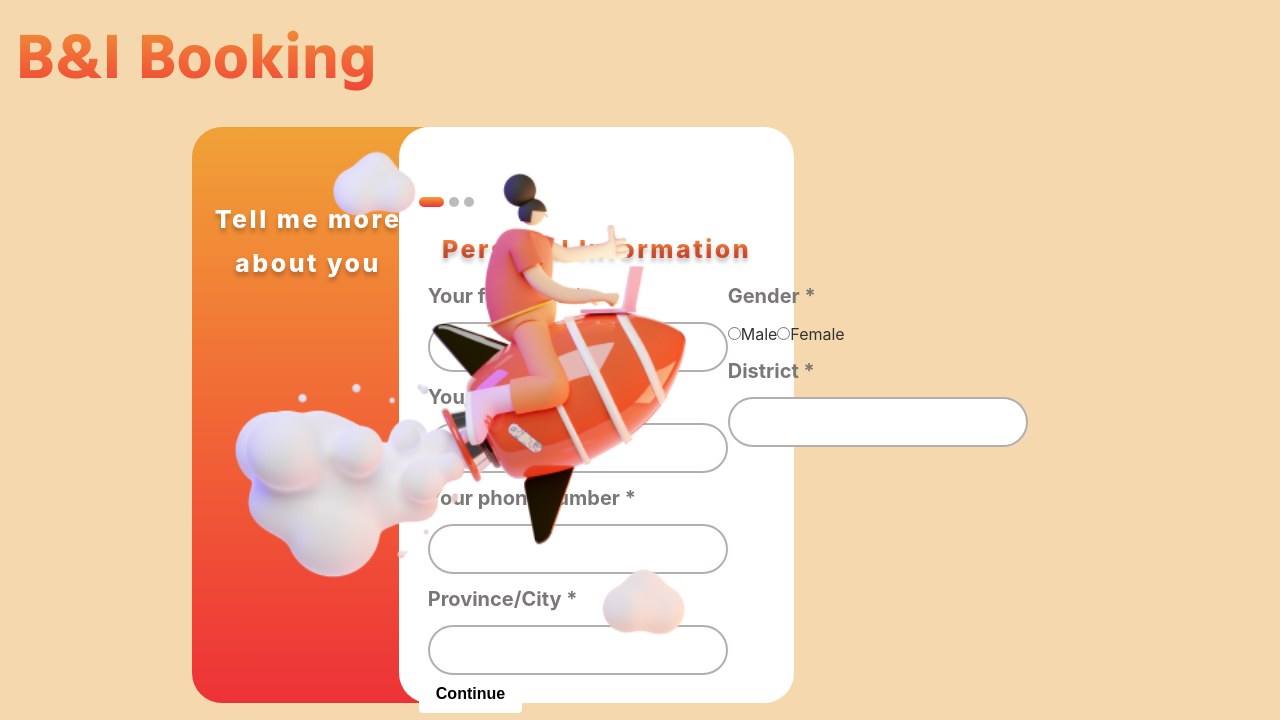
Repository: Grand-Line-PNV/FE-BIBooking
Page: /
These files come from the project's save history. The page is drawn as it stood at one moment and after a run of saves; the edit follows.
The browser window is 1280 px wide. The pictures show the whole page.
The project was rebuilt for these pictures with package versions that can differ from the ones it lists, and the page was loaded fresh each time. Also part of the build but not shown: src/App.css.

Above is the page before, as saved 2023-02-06 10:40:43.

After the next 2 saves:
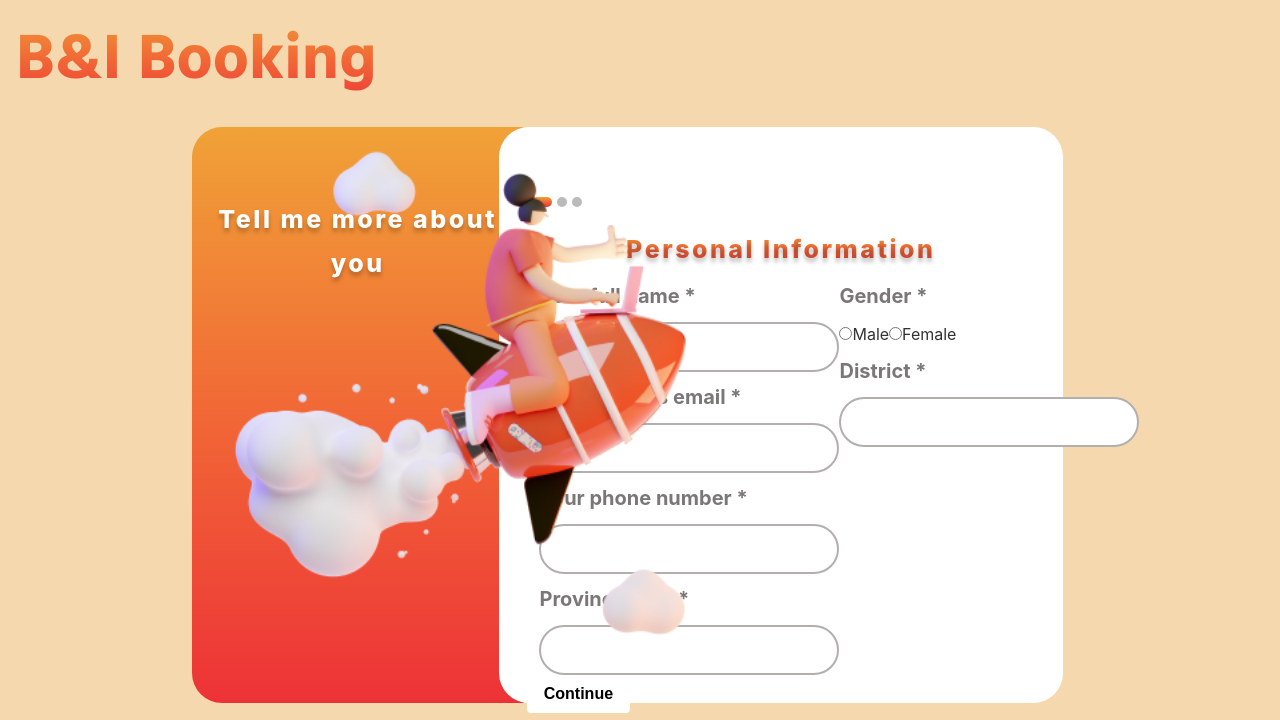
The 2 saves are shown as one change because they came seconds apart.
The last was saved 41 s later.
--- a/src/view/pages/Influencers/PersonalInformation/PersonalInformation.module.scss
+++ b/src/view/pages/Influencers/PersonalInformation/PersonalInformation.module.scss
@@ -22,7 +22,7 @@
     margin: 0 auto;
     border-radius: 20px;
     & .personalInfor-container {
-      width: 70%;
+      width: 100%;
       height: 80vh;
       display: flex;
       position: relative;

After the save that followed:
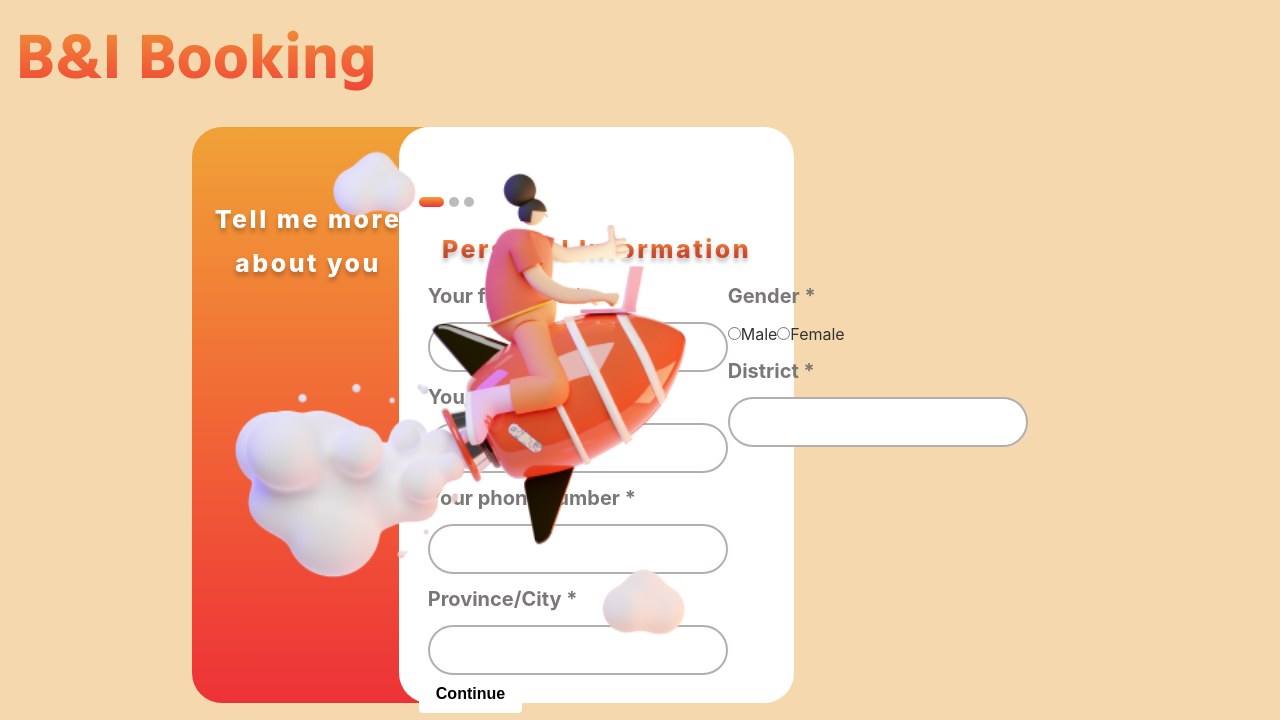
Saved 5 s later.
--- a/src/view/pages/Influencers/PersonalInformation/PersonalInformation.module.scss
+++ b/src/view/pages/Influencers/PersonalInformation/PersonalInformation.module.scss
@@ -22,7 +22,7 @@
     margin: 0 auto;
     border-radius: 20px;
     & .personalInfor-container {
-      width: 100%;
+      width: 70%;
       height: 80vh;
       display: flex;
       position: relative;
